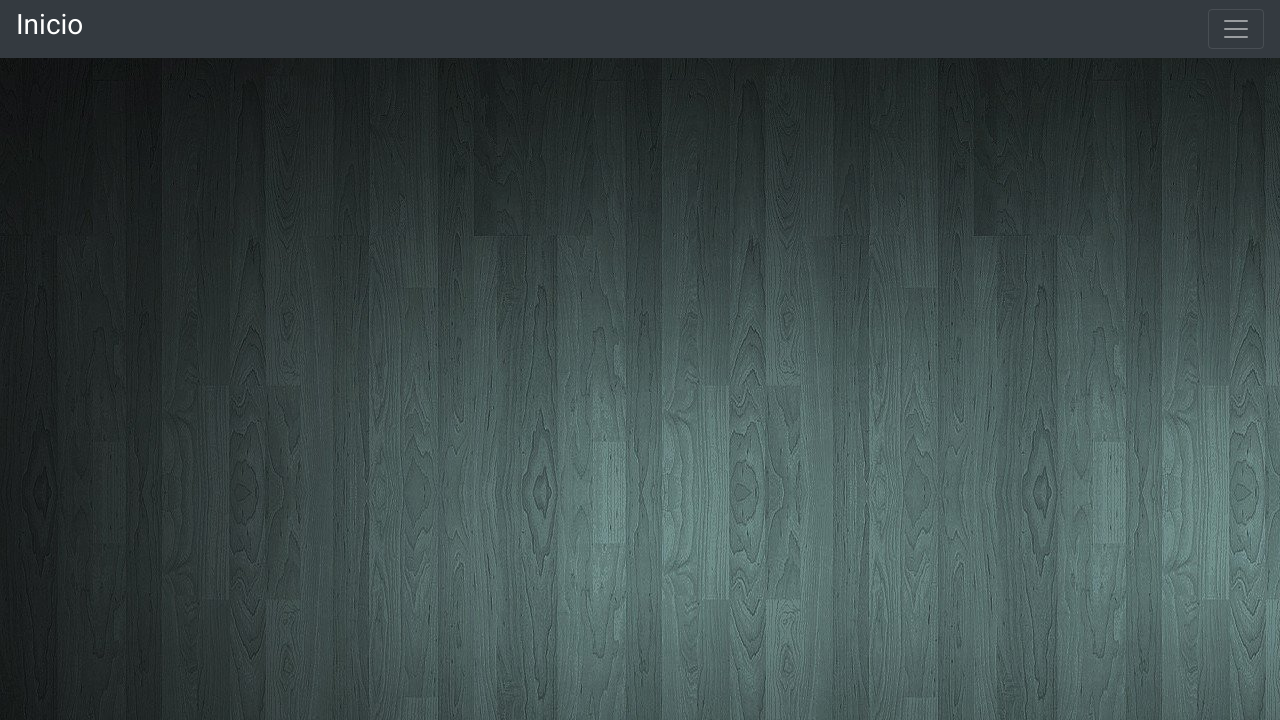
Repository: UncEmerson/UncEmerson
Page: index.html
An editor plug-in stored every save of this project. The page is shown before and after the next save, followed by the edit.
The browser window is 1280 px wide. The pictures show the whole page.

Above is the page before, as saved 2019-06-12 00:21:16.

### index.html
<!DOCTYPE html>
<html lang="en">

<head>
    <meta charset="UTF-8">
    <meta name="viewport" content="width=device-width, initial-scale=1.0">
    <meta http-equiv="X-UA-Compatible" content="ie=edge">
    <title>Inicio</title>

    <link rel="stylesheet" href="bower_components/bootstrap/css/bootstrap.min.css">
    <link href="https://fonts.googleapis.com/css?family=Roboto&display=swap" rel="stylesheet">
    <link href="https://fonts.googleapis.com/icon?family=Material+Icons" rel="stylesheet">
    <link rel="stylesheet" href="style.css">

</head>

<body class="fondo1">
    <header>
        <div class="pos-f-t">
            <div class="collapse" id="navbarToggleExternalContent">
                <div class="bg-dark p-4">
                    <div class="col-md-12">
                        <div class="row  text-white text-center">
                            <div class="col-md-8">
                                <div class="row">
                                    <div class="col-md-4">
                                        <div class="card-transparent">

                                            <p class="medium material-icons">person</p>

                                        </div>
                                    </div>
                                    <div class="col-md-4">
                                        <div class="card-transparent">

                                            <p class="medium material-icons">people</p>

                                        </div>
                                    </div>
                                    <div class="col-md-4">
                                        <div class="card-transparent">

                                            <p class="medium material-icons">burst_mode</p>

                                        </div>
                                    </div>
                                </div>
                            </div>
                            <div class="col-md-4">
                                <div class="card-transparent">
                                    <div class="card-body">
                                        social
                                    </div>
                                </div>
                            </div>
                        </div>

                    </div>
                </div>
            </div>
            <nav class="navbar navbar-dark bg-dark ">
                <h3 class="text-white">Inicio</h3>
                <button class="navbar-toggler" type="button" data-toggle="collapse" data-target="#navbarToggleExternalContent" aria-controls="navbarToggleExternalContent" aria-expanded="false" aria-label="Toggle navigation">
                        <span class="navbar-toggler-icon"></span>
                      </button>
            </nav>
        </div>
    </header>


</body>
<script src="bower_components/jquery/dist/jquery.slim.min.js"></script>
<script src="bower_components/bootstrap/js/bootstrap.min.js"></script>

</html>

### style.css
* {
    font-family: 'Roboto', sans-serif;
}

.fondo1 {
    background: url(images/fondo1.jpg)
}

.medium {
    font-size: 4rem
}

Loaded but not shown: bower_components/bootstrap/css/bootstrap.min.css (library); bower_components/jquery/dist/jquery.slim.min.js (library); bower_components/bootstrap/js/bootstrap.min.js (library)

After the next save:
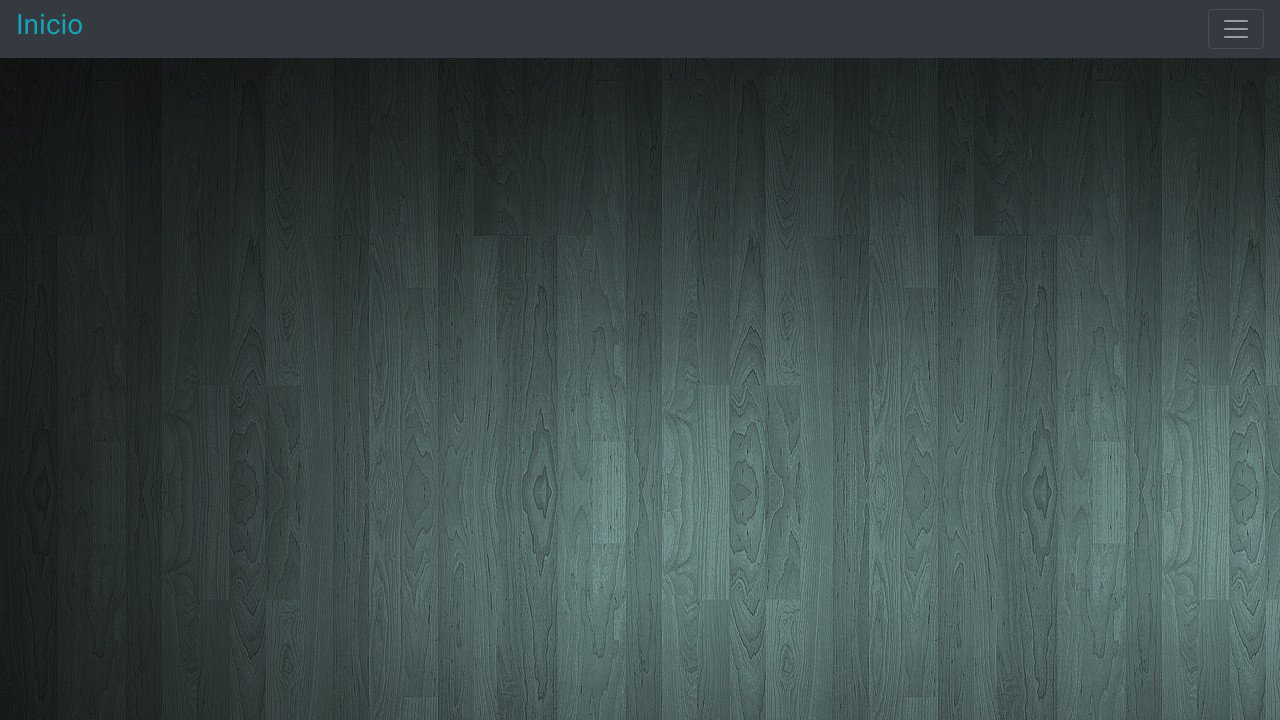
Saved 22 s later.
--- a/index.html
+++ b/index.html
@@ -59,7 +59,7 @@
                 </div>
             </div>
             <nav class="navbar navbar-dark bg-dark ">
-                <h3 class="text-white">Inicio</h3>
+                <h3 class="text-info">Inicio</h3>
                 <button class="navbar-toggler" type="button" data-toggle="collapse" data-target="#navbarToggleExternalContent" aria-controls="navbarToggleExternalContent" aria-expanded="false" aria-label="Toggle navigation">
                         <span class="navbar-toggler-icon"></span>
                       </button>

After the save that followed:
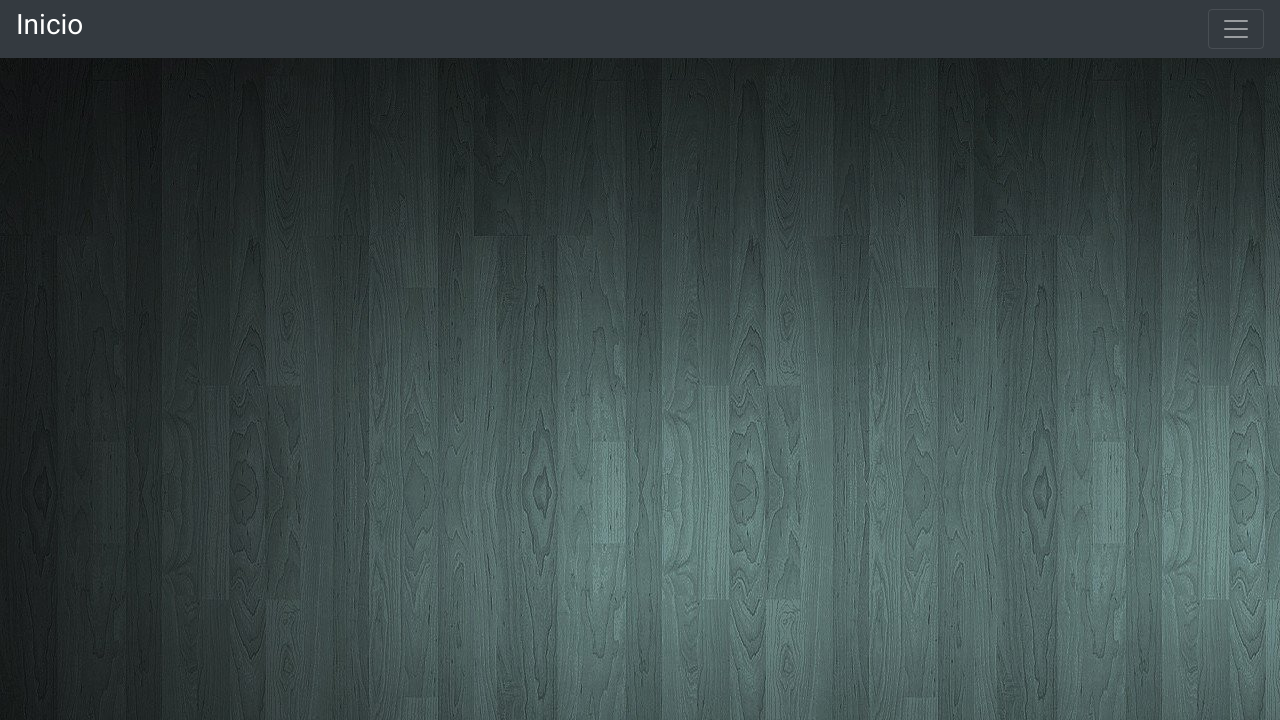
Saved 26 s later.
--- a/index.html
+++ b/index.html
@@ -59,7 +59,7 @@
                 </div>
             </div>
             <nav class="navbar navbar-dark bg-dark ">
-                <h3 class="text-info">Inicio</h3>
+                <h3 class="text-white">Inicio</h3>
                 <button class="navbar-toggler" type="button" data-toggle="collapse" data-target="#navbarToggleExternalContent" aria-controls="navbarToggleExternalContent" aria-expanded="false" aria-label="Toggle navigation">
                         <span class="navbar-toggler-icon"></span>
                       </button>
